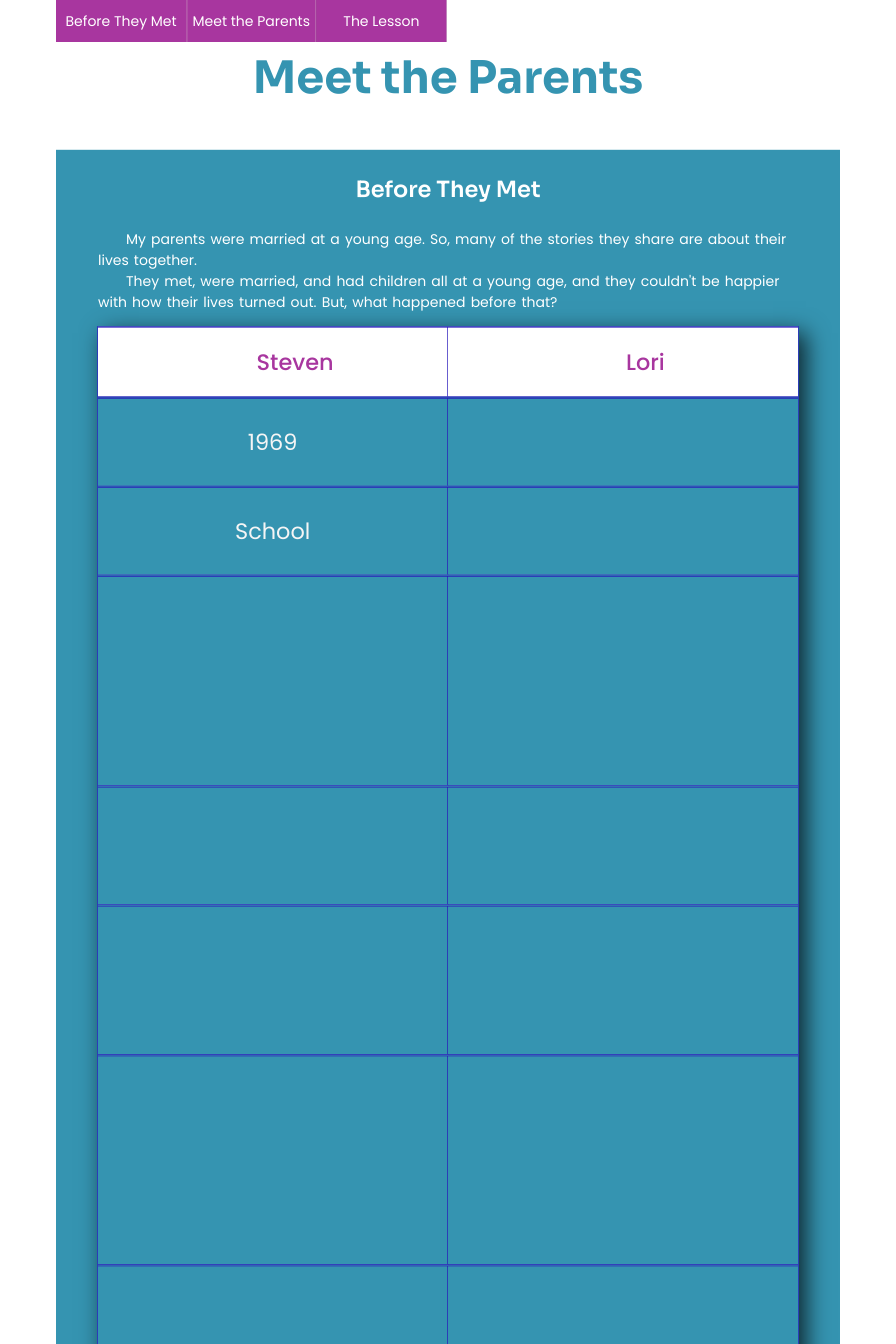
Repository: Sbethm/parents-tribute
Page: timeline.html
These files come from the project's save history. The page is drawn as it stood at one moment and after a run of saves; the edit follows.
The browser window is 1280 px wide. The pictures show the part of the page from y = 0 to 1920 px (the page is 3488 px tall), at 70% of full size.

Above is the page before, as saved 2021-02-24 13:46:55.

### timeline.html
<!DOCTYPE html>
<html>
    <head>
      <meta charset="UTF-8">
      <title>Before They Met</title>
      <meta name="description" content="A choose your own story adventure game">
      <meta name="viewport" content="width=device-width, initial-scale=1.0">
      <link rel="preconnect" href="https://fonts.gstatic.com">
      <link href="https://fonts.googleapis.com/css2?family=Poppins:ital,wght@0,400;0,500;0,600;0,700;0,800;0,900;1,400;1,500;1,600;1,700;1,800;1,900&family=Sora:wght@400;500;600;700;800&display=swap" rel="stylesheet"> <!--
        This is used for headings:
        font-family: 'Sora', sans-serif;
        This is used for content:
        font-family: 'Poppins', sans-serif;-->
      <link href="style.css" type="text/css" rel="stylesheet">
    </head>

    <body>
      <header>
        <h1>Meet the Parents</h1>
        <nav class="navigation">
          <a href="timeline.html">Before They Met</a>
          <a class= "a--border" href="index.html">Meet the Parents</a>
          <a href="lesson.html">The Lesson</a>
          </nav>
      </header>
      <main>
        <h2>Before They Met</h2>
        <p class="p--first">My parents were married at a young age. So, many of the stories they share are about their lives together.</p>
        <p class="p--last">They met, were married, and had children all at a young age, and they couldn't be happier with how their lives turned out. But, what happened before that?</p>
        <div class="grid--timeline">
            <div class="grid__box--timeline dad">Steven</div>
            <div class="grid__box--timeline mom">Lori</div>
            <!---------Dad's Grid Boxes---------->
            <div class="grid__box--timeline f-1">Born in 1969. The same year that man  first stepped on the moon.</div>
            <div class="grid__box--timeline f-2">Steven attended a small Catholic school.</div>
            <div class="grid__box--timeline f-3">During recess in the 4th grade, he gashed his elbow while playing a rough-and-tumble game of football. This resulted in four stitches (for a nine year old that’s a lot of stitches!)</div>
            <div class="grid__box--timeline f-4">When he was thirteen, he camped in the backyard and stayed up all night.</div>
            <div class="grid__box--timeline f-5">He ran his first high school track meet, the 100 yard dash, and won third place. For the first track meet, that's not too shabby!</div>
            <div class="grid__box--timeline f-6">He was in a car accident, "not his fault", which lead to more stitches but this time in his forehead. Because of this, he had to sit out his senior year homecoming football game.</div>
            <div class="grid__box--timeline f-7">Having the lead role as Jesus during my high school senior year. It was the first annual Easter Passion play the school performed.</div>
            <div class="grid__box--timeline f-8">I remember a dream I had where I met a beautiful girl, at a homecoming dance, who I eventually married and we had two terrific kids who eventually married and gave me two more kids to enjoy time with.</div>
            <!---------Dad's Grid Box Covers----->
            <div class="cover__left f-1__cover">1969</div>
            <div class="cover__left  f-2__cover">School</div>
            <div class="cover__left  f-3__cover"></div>
            <div class="cover__left  f-4__cover"></div>
            <div class="cover__left  f-5__cover"></div>
            <div class="cover__left  f-6__cover"></div>
            <div class="cover__left  f-7__cover"></div>
            <div class="cover__left  f-8__cover"></div>
            <!---------Mom's Grid Boxes---------->
            <div class="grid__box--timeline m-1">Born in 1970. What happened this year? Oh, yeah! Mom was born!</div>
            <div class="grid__box--timeline m-2">Lori attended a slightly larger public school.</div>
            <div class="grid__box--timeline m-3">She cut off one of her pigtails in the bathroom. Perhaps to see if she had the makings of a hairstylist? Let's just say, this career path ended here.</div>
            <div class="grid__box--timeline m-4">She had skied half of a bunny slope when she realized this daredevil sport wasn't for her.</div>
            <div class="grid__box--timeline m-5">She performed the lead role in a junior high school play.</div>
            <div class="grid__box--timeline m-6">After a white knuckled horse ride in the Appalachians, she discovered that she was not meant to lead a life of adventure</div>
            <div class="grid__box--timeline m-7">made camps with her cousins in the Ritchie woods.</div>
            <div class="grid__box--timeline m-8">made camps with her cousins in the Ritchie woods.</div>
            <!---------Mom's Grid Box Covers----->
            <div class="cover__right m-1__cover"></div>
            <div class="cover__right m-2__cover"></div>
            <div class="cover__right m-3__cover"></div>
            <div class="cover__right m-4__cover"></div>
            <div class="cover__right m-5__cover"></div>
            <div class="cover__right m-6__cover"></div>
            <div class="cover__right m-7__cover"></div>
            <div class="cover__right m-8__cover"></div>
            <!--------After They Met Boxes------->
            <div class="grid__box--timeline fm-1">Met in ____ when Steven was 21 and Lori was 19 years old.</div>
            <div class="grid__box--timeline fm-2">At the age of 21, Lori gave birth to Sarah (me!).</div>
            <div class="grid__box--timeline fm-3">One year later (obviously not satisfied with their first child) Lori and Steven had their second child, a son named John.</div>
        </div>
        <section>
          <img class="img-hiking"src="img/hiking.jpg" alt="Mom and dad enjoying a hike.">
          <p class="p--last">They met, were married, and had children all at a young age, and they couldn't be happier with how their lives turned out. But, what happened before that?</p>
        </section>
      </main>
      <footer>
        <img class="icon" src="img/profile_icon.png" alt="profile icon">
        Sarah Moosa
        <br><br>
        <img class="icon" src="img/home_icon.png" alt="home icon">
        Meet the Parents
      </footer>
    </body>

</html>

### style.css
/*
html5doctor.com Reset Stylesheet
v1.6.1
Last Updated: 2010-09-17
Author: Richard Clark - http://richclarkdesign.com
Twitter: @rich_clark
*/

html, body, div, span, object, iframe,
h1, h2, h3, h4, h5, h6, p, blockquote, pre,
abbr, address, cite, code,
del, dfn, em, img, ins, kbd, q, samp,
small, strong, sub, sup, var,
b, i,
dl, dt, dd, ol, ul, li,
fieldset, form, label, legend,
table, caption, tbody, tfoot, thead, tr, th, td,
article, aside, canvas, details, figcaption, figure,
footer, header, hgroup, menu, nav, section, summary,
time, mark, audio, video {
    margin:0;
    padding:0;
    border:0;
    outline:0;
    font-size:100%;
    vertical-align:baseline;
    background:transparent;
}

body {
    line-height:1;
}

article,aside,details,figcaption,figure,
footer,header,hgroup,menu,nav,section {
    display:block;
}

nav ul {
    list-style:none;
}

blockquote, q {
    quotes:none;
}

blockquote:before, blockquote:after,
q:before, q:after {
    content:'';
    content:none;
}

a {
    margin:0;
    padding:0;
    font-size:100%;
    vertical-align:baseline;
    background:transparent;
}

/* change colours to suit your needs */
ins {
    background-color:#ff9;
    color:#000;
    text-decoration:none;
}

/* change colours to suit your needs */
mark {
    background-color:#ff9;
    color:#000;
    font-style:italic;
    font-weight:bold;
}

del {
    text-decoration: line-through;
}

abbr[title], dfn[title] {
    border-bottom:1px dotted;
    cursor:help;
}

table {
    border-collapse:collapse;
    border-spacing:0;
}

/* change border colour to suit your needs */
hr {
    display:block;
    height:1px;
    border:0;
    border-top:1px solid #cccccc;
    margin:1em 0;
    padding:0;
}

input, select {
    vertical-align:middle;
}

/* MY CODE BELOW */

body {
    width: 100vw;
    position: absolute;
}

main {
    width: calc(100vw - 40px);
    height: 100%;
    margin: 20px 20px;
    background-color: rgb(53, 148, 177);
}

header {
    width: 100vw;
    padding-top: 40px;
    background-color: rgb(255, 255, 255);
    display: flex;
    flex-direction: column;
    justify-content: center;
}

h1 {
    width: 100%;
    font-family: 'Sora', sans-serif;
    color: rgb(53, 148, 177);
    font-size: 3em;
    font-weight: 700;
    text-align: center;
    padding-bottom: 30px;
}

.navigation {
    max-width: 100vw;
    position: fixed;
    top: 0;
    z-index: 3;
    background-color: rgb(126, 66, 121);
    text-align: center;
    display: grid;
    grid-template-columns: repeat(3, 1fr);
    grid-template-areas:
      " time meet lesson";
}

.time {
    grid-area: time;
}

.meet {
    grid-area: meet;
}

.lesson {
    grid-area: lesson;
}

a {
    padding: 20px 7px;
    background-color: rgb(168, 54, 159);
    font-family: 'Poppins', sans-serif;
    font-size: 1em;
    font-weight: 400;
    color: rgb(255, 255, 255);
    text-decoration: none;
}

.a--border {
    border-left: solid 2px rgb(182, 97, 173);
    border-right: solid 2px rgb(182, 97, 173);
}

a:hover {
    background-color: rgb(97, 49, 92);
}

section {
    width: 100%;
}

h2 {
    max-width: 100%;
    padding: 20px 20px 10px 20px;
    font-family: 'Sora', sans-serif;
    font-size: 1.5em;
    font-weight: 600;
    text-align: center;
    color: rgb(255, 255, 255);
}


.img-sitting,
.img-hiking,
.disney-adventure__img {
    max-width: 100%;
    height: auto;
    justify-content: center;
    align-content: center;
}

.p--first,
.p--inner,
.p--last {
    font-family: 'Poppins', sans-serif;
    font-size: 1em;
    text-indent: 2em;
    line-height: 1.5em;
    word-spacing: 0.1em;
    color: rgb(255, 255, 255);
}

.p--first {
    padding: 10px 20px 0px 20px;
}

.p--inner {
    padding: 0px 20px 0px 20px;
}

.p--last {
    padding: 0px 20px 10px 20px;
}

footer {
    width: calc(100vw - 42px);
    height: 100px;
    padding: 40px 20px 0 20px;
    position: relative;
    bottom: 0;
    font-family: 'Poppins', sans-serif;
    font-size: 1em;
    font-weight: 500;
    border: solid 1px rgb(182, 97, 173);
}

.icon {
    width: 20px;
    height: auto;
}
/*MEET THE PARENTS CODE PHONE*/

.img-sitting {
    margin: 10px 0;
}

/*TIMELINE CODE PHONE*/

.grid--timeline {
    display: grid;
    margin: 10px 0;
    border: solid 1px rgb(40, 23, 187);
    grid-template-columns: 1fr 1fr;
    grid-template-rows: repeat(13, fit-content);
    grid-template-areas:
        "tl tl"
        "dad mom"
        "f-1 m-1"
        "f-2 m-2"
        "f-3 m-3"
        "f-4 m-4"
        "f-5 m-5"
        "f-6 m-6"
        "f-7 m-7"
        "f-8 m-8"
        "fm-1 fm-1"
        "fm-2 fm-2"
        "fm-3 fm-3";
}

.grid__box--timeline {
    background-color: rgb(255, 255, 255);
    padding: 10px 7px;
    color: rgb(168, 54, 159);
    text-align: center;
    font-family: 'Poppins', sans-serif;
    font-weight: 500;
    font-size: 1em;
}

.dad {
    grid-area: dad;
    border-top: solid 1px rgb(40, 23, 187);
    border-bottom: solid 1px rgb(40, 23, 187);
    border-right: solid 1px rgb(40, 23, 187);
}

.mom {
    grid-area: mom;
    border-top: solid 1px rgb(40, 23, 187);
    border-bottom: solid 1px rgb(40, 23, 187);
}

.f-1 {
    grid-area: f-1;
    border-bottom: solid 1px rgb(40, 23, 187);
    border-right: solid 1px rgb(40, 23, 187);
}

.f-2 {
    grid-area: f-2;
    border-bottom: solid 1px rgb(40, 23, 187);
    border-right: solid 1px rgb(40, 23, 187);
}

.f-3 {
    grid-area: f-3;
    border-bottom: solid 1px rgb(40, 23, 187);
    border-right: solid 1px rgb(40, 23, 187);
}

.f-4 {
    grid-area: f-4;
    border-bottom: solid 1px rgb(40, 23, 187);
    border-right: solid 1px rgb(40, 23, 187);
}

.f-5 {
    grid-area: f-5;
    border-bottom: solid 1px rgb(40, 23, 187);
    border-right: solid 1px rgb(40, 23, 187);
}

.f-6 {
    grid-area: f-6;
    border-bottom: solid 1px rgb(40, 23, 187);
    border-right: solid 1px rgb(40, 23, 187);
}

.f-7 {
    grid-area: f-7;
    border-bottom: solid 1px rgb(40, 23, 187);
    border-right: solid 1px rgb(40, 23, 187);
}

.f-8 {
    grid-area: f-8;
    border-bottom: solid 1px rgb(40, 23, 187);
    border-right: solid 1px rgb(40, 23, 187);
}


.cover__left {
    z-index: 2;
    color:rgb(245, 245, 245);
    font-family: 'Poppins', sans-serif;
    text-align: center;
    font-size: 1em;
    background-color: rgb(53, 148, 177);
    border-top: double 3px rgb(40, 23, 187);
    border-right: solid 1px rgb(40, 23, 187);
    display: flex;
    justify-content: center;
    align-items: center;
}

.cover__right {
    z-index: 2;
    color:rgb(245, 245, 245);
    font-family: 'Poppins', sans-serif;
    text-align: center;
    font-size: 2em;
    background-color: rgb(53, 148, 177);
    border-top: double 3px rgb(40, 23, 187);

    display: flex;
    justify-content: center;
    align-items: center;

}

.cover__left:hover,
.cover__right:hover {
    color: rgb(245, 245, 245, 0);
    animation-name: fade;
    animation-duration: 1s;
    animation-fill-mode: forwards;
}

@keyframes fade {
    0% {
        background-color: rgb(53, 148, 177);
    }
    100% {
        background-color: rgb(65, 175, 209, 0);
    }
}

.f-1__cover {
    grid-area: f-1;
}

.f-2__cover {
    grid-area: f-2;
}

.f-3__cover {
    grid-area: f-3;
}

.f-4__cover {
    grid-area: f-4;
}

.f-5__cover {
    grid-area: f-5;
}

.f-6__cover {
    grid-area: f-6;
}

.f-7__cover {
    grid-area: f-7;
}

.f-8__cover {
    grid-area: f-8;
}

.m-1__cover {
    grid-area: m-1;
}

.m-2__cover {
    grid-area: m-2;
}

.m-3__cover {
    grid-area: m-3;
}

.m-4__cover {
    grid-area: m-4;
}

.m-5__cover {
    grid-area: m-5;
}

.m-6__cover {
    grid-area: m-6;
}

.m-7__cover {
    grid-area: m-7;
}

.m-8__cover {
    grid-area: m-8;
}

.m-1 {
    grid-area: m-1;
    border-bottom: solid 1px rgb(40, 23, 187);
}

.m-2 {
    grid-area: m-2;
    border-bottom: solid 1px rgb(40, 23, 187);
}

.m-3 {
    grid-area: m-3;
    border-bottom: solid 1px rgb(40, 23, 187);
}

.m-4 {
    grid-area: m-4;
    border-bottom: solid 1px rgb(40, 23, 187);
}

.m-5 {
    grid-area: m-5;
    border-bottom: solid 1px rgb(40, 23, 187);
}

.m-6 {
    grid-area: m-6;
    border-bottom: solid 1px rgb(40, 23, 187);
}

.m-7 {
    grid-area: m-7;
    border-bottom: solid 1px rgb(40, 23, 187);
}

.m-8 {
    grid-area: m-8;
    border-bottom: solid 1px rgb(40, 23, 187);
}

.fm-1 {
    grid-area: fm-1;
    border-bottom: solid 1px rgb(40, 23, 187);
}

.fm-2 {
    grid-area: fm-2;
    border-bottom: solid 1px rgb(40, 23, 187);
}

.fm-3 {
    grid-area: fm-3;
    border-bottom: solid 1px rgb(40, 23, 187);
}

.img-hiking {
    margin-bottom: 10px;
}

/*LESSON LEARNED CODE PHONE*/

.disney-adventure__img {
    margin: 20px 0;
}


/*iPAD*/ @media screen and (min-width: 700px) and (max-width: 899px) {

    header {
        padding-top: 60px;
    }

    h1 {
        font-size: 3.5em;
        padding-bottom: 50px;
    }

    main {
        padding: 20px 0;
        margin: 0 20px;
        width: calc(100vw - 40px);
        background-color: rgb(53, 148, 177);
        border-top: none;
    }

    a {
        padding: 20px 40px;
        font-size: 1.5em;
    }

    .a--border {
        padding: 20px 60px;
    }

    h2 {
        font-size: 2.5em;

    }

    .p--first,
    .p--inner,
    .p--last {
        font-size: 1.5em;
        text-indent: 2em;
        line-height: 1.6em;
        word-spacing: 0.15em;
    }

    .p--first {
        padding: 20px 40px 0px 40px;
    }

    .p--inner {
        padding: 0px 40px 0px 40px;
    }

    .p--last {
        padding: 0px 40px 20px 40px;
    }

    section {
        background-color: rgb(40, 23, 187, 0);
        border: none;
    }

    .grid--section {
        max-width: calc(100vw - 40px);
        display: grid;
        grid-template-columns: 50% 50%;
        grid-template-rows: 100px 200px 200px;
        grid-template-areas:
            "title title"
            "picture p1"
            "picture p2";
    }

    section h2 {
        grid-area: title;
        align-self: center;
        justify-self: center;
    }

    .img-sitting {
        max-height: 360px;
        margin-bottom: 20px;
        border: solid 1px rgb(40, 23, 187);
        border-left: none;
        grid-area: picture;
        justify-self: center;
        align-self: center;
    }

    .p1 {
        align-self: flex-start;
        grid-area: p1;
        padding-left: 40px;
        padding-right: 20px;
    }

    .p2 {
        align-self: flex-end;
        grid-area: p2;
        padding: 0 20px 30px 40px;
    }

    footer {
        width: calc(100vw - 42px);
        height: 200px;
        font-size: 1em;
        font-weight: 500;
    }

    .icon {
        width: 40px;
        height: auto;
    }

/*TIMELINE CODE iPAD*/

    .grid__box--timeline{
        padding: 20px;
        font-size: 1.5em;
        line-height: 35px;
    }

    .title {
        font-size: 2.5em;
        color: rgb(255, 255, 255);
        background-color: rgb(53, 148, 177);
    }

    .dad,
    .mom {
        font-size: 2em;
    }

    .img-hiking {
        border: solid 1px rgb(40, 23, 187);
    }



/*LESSON LEARNED CODE iPAD*/

}

/*COMPUTER*/@media screen and (min-width: 900px) and (max-width: 2000px) {

    header {
        padding-top: 80px;
    }

    h1 {
        font-size: 4em;
        padding-bottom: 70px;
    }

    main {
        max-width: calc(100vw - 160px);
        padding-top: 20px;
        margin: 0 80px;
        border-top: none;
    }

    nav {
        max-width: calc(100vw - 160px);
        margin: 0 80px;
        background-color: rgb(126, 66, 121);
        text-align: center;
        display: grid;
        grid-template-columns: repeat(3, 3px);
        grid-template-areas:
          " time meet lesson";
    }

    a {
        font-size: 1.25em;
    }

    h2 {
        font-size: 2em;
        padding: 20px;
    }

    .p--first,
    .p--inner,
    .p--last {
        font-size: 1.25em;
        text-indent: 2em;
        line-height: 1.5em;
        word-spacing: 0.1em;
    }

    .p--first {
        padding: 20px 60px 0px 60px;
    }

    .p--inner {
        padding: 0px 60px 0px 60px;
    }

    .p--last {
        padding: 0px 60px 20px 60px;
    }

    .grid--section {
        display: grid;
        padding-bottom: 40px;
        grid-template-columns: auto;
        grid-template-rows: 150px 420px 150px 150px;
        grid-template-areas:
            "title"
            "picture"
            "p1"
            "p2";
    }

    section h2 {
        align-self: center;
        justify-self: center;
    }

    .img-sitting {
        max-height: 400px;
        margin-bottom: 0px;
        border: double 3px rgb(255, 255, 255);
        justify-self: center;
        align-self: center;
    }

    .p1 {
        align-self: center;
        grid-area: p1;
        padding: 20px 40px;
    }

    .p2 {
        align-self: center;
        grid-area: p2;
        padding: 20px 40px;
    }

    footer {
        margin: 0 80px;
        max-width: calc(100vw - 162px);
        height: 200px;
        font-size: 1em;
        font-weight: 500;
    }

    .icon {
        width: 25px;
        height: auto;
    }

/*TIMELINE CODE COMPUTER*/

    .img-hiking {
    max-height: 400px;
    width: auto;
    border: double 3px rgb(255, 255, 255);
    display: block;
    margin: 50px auto ;
    }

    .grid__box--timeline{
        z-index: 1;
        padding: 20px;
        font-size: 1.5em;
        text-indent: 2em;
        line-height: 1.8em;
        word-spacing: 0.15em;
    }

    .grid--timeline {
        display: grid;
        margin: 0 auto;
        max-width: 1000px;
        box-shadow: 10px 10px 31px 0px rgba(0,0,0,0.75);
        -webkit-box-shadow: 10px 10px 31px 0px rgba(0,0,0,0.75);
        -moz-box-shadow: 10px 10px 31px 0px rgba(0,0,0,0.75);
        grid-template-columns: 1fr 1fr;
        grid-template-rows: repeat(13, fit-content);
        grid-template-areas:
            "tl tl"
            "dad mom"
            "f-1 m-1"
            "f-2 m-2"
            "f-3 m-3"
            "f-4 m-4"
            "f-5 m-5"
            "f-6 m-6"
            "f-7 m-7"
            "f-8 m-8"
            "fm-1 fm-1"
            "fm-2 fm-2"
            "fm-3 fm-3";
    }

    .grid__box--timeline {
    font-weight: 400;
    }

    .dad,
    .mom {
        font-size: 2em;
        font-weight: 500;
    }

    .cover__left {
        z-index: 2;
        color:rgb(245, 245, 245);
        font-family: 'Poppins', sans-serif;
        text-align: center;
        font-size: 2em;
        background-color: rgb(53, 148, 177);
        border-top: double 3px rgb(40, 23, 187);
        border-right: solid 1px rgb(40, 23, 187);
        display: flex;
        justify-content: center;
        align-items: center;
    }

    .cover__right {
        z-index: 2;
        color:rgb(245, 245, 245);
        font-family: 'Poppins', sans-serif;
        text-align: center;
        font-size: 2em;
        background-color: rgb(53, 148, 177);
        border-top: double 3px rgb(40, 23, 187);

        display: flex;
        justify-content: center;
        align-items: center;

    }


    .m-1 {
        border-left: solid 1px rgb(40, 23, 187);
    }

    .m-2 {
        border-left: solid 1px rgb(40, 23, 187);
    }

    .m-3 {
        border-left: solid 1px rgb(40, 23, 187);
    }

    .m-4 {
        border-left: solid 1px rgb(40, 23, 187);
    }

    .m-5 {
        border-left: solid 1px rgb(40, 23, 187);
    }

    .m-6 {
        border-left: solid 1px rgb(40, 23, 187);
    }

    .m-7 {
        border-left: solid 1px rgb(40, 23, 187);
    }

    .m-8 {
        border-left: solid 1px rgb(40, 23, 187);
    }


    /*LESSON LEARNED CODE iPAD*/

    }

After the next 3 saves:
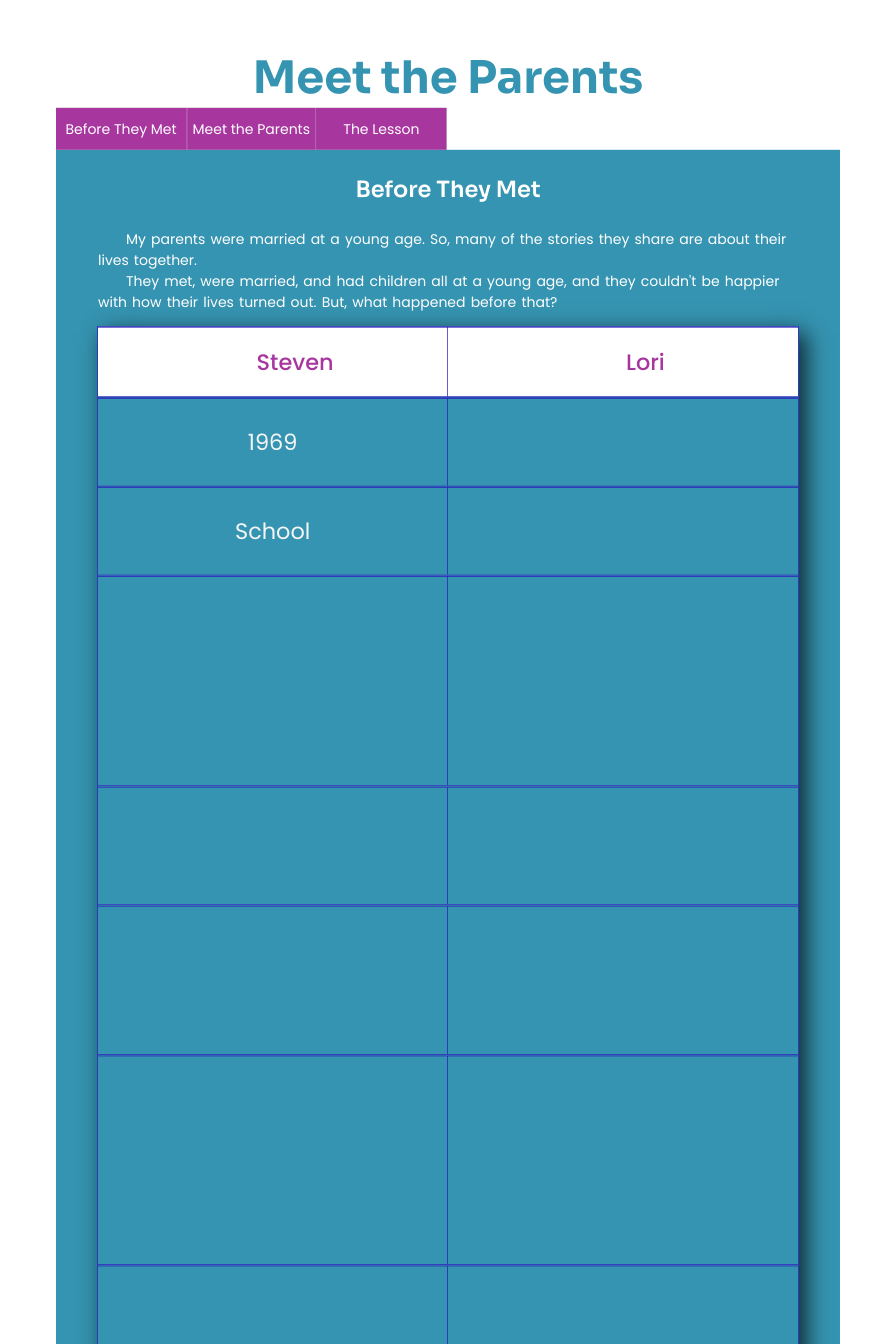
The 3 saves are shown as one change because they came seconds apart.
The last was saved 2 min 19 s later.
--- a/style.css
+++ b/style.css
@@ -136,6 +136,7 @@ h1 {
 
 .navigation {
     max-width: 100vw;
+    margin-top: 154px;
     position: fixed;
     top: 0;
     z-index: 3;
